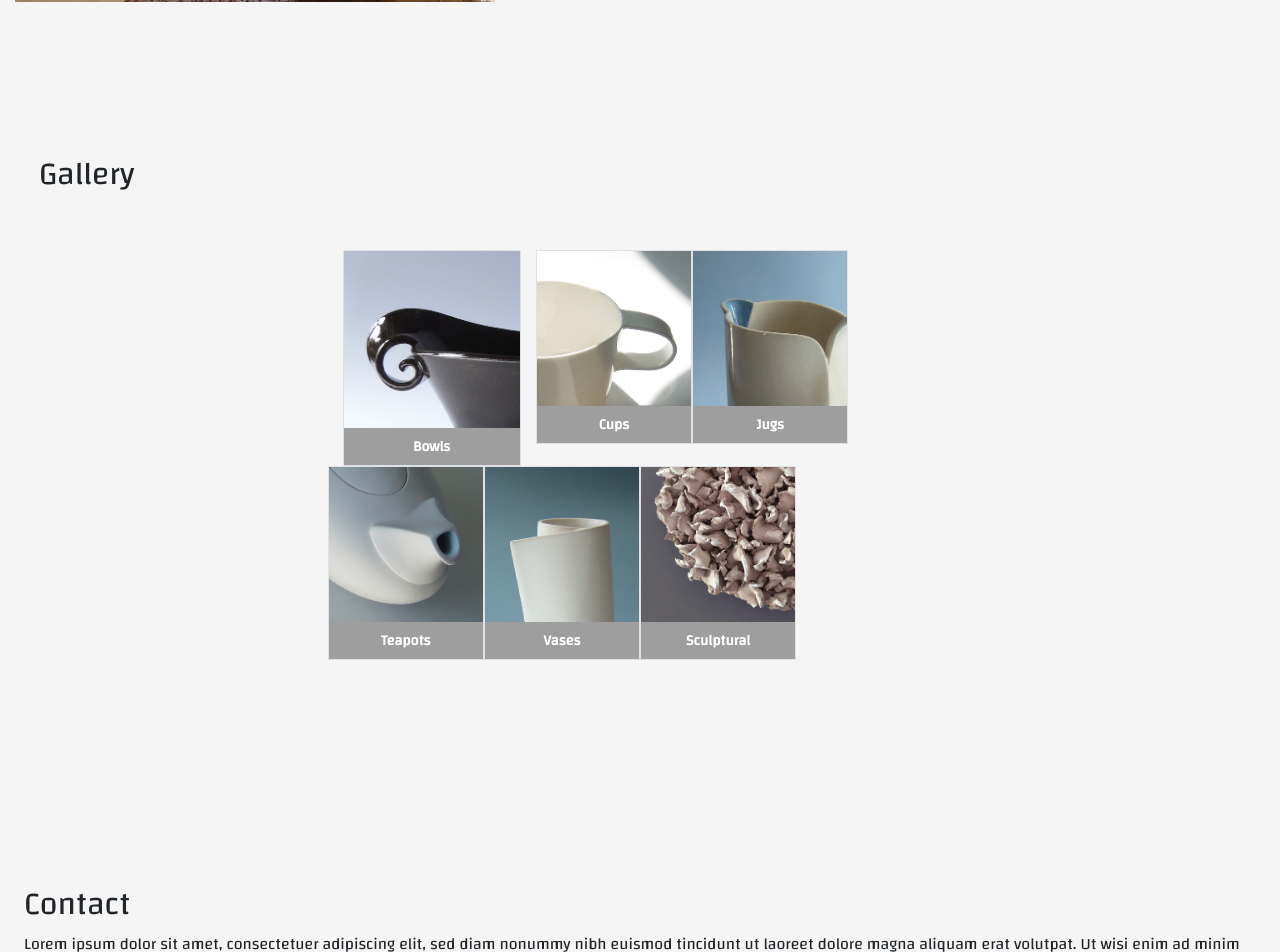
Repository: ManrOsca/ceramics
Page: MDB/index3.html
The author's editor kept a record of every edit. The page is drawn from the files as they stood at one moment, then again after the next edit.
The browser window is 1280 px wide. The pictures show the part of the page from y = 1834 to 2786 px (the page is 2977 px tall before and 3007 px after).
A picture or video elsewhere on the page could not be fetched, so the positions and the page height are approximate.

Above is the page before.

### MDB/index3.html
<!DOCTYPE html>
<html lang="en">

<head>
    <meta charset="utf-8">
    <meta name="viewport" content="width=device-width, initial-scale=1, shrink-to-fit=no">
    <meta http-equiv="x-ua-compatible" content="ie=edge">
    <title>
        <p class="changa text-uppercase">ITALO MANRIQUE - ceramics</p>
    </title>
    <!-- Font Awesome -->
    <link rel="stylesheet" href="https://maxcdn.bootstrapcdn.com/font-awesome/4.7.0/css/font-awesome.min.css">
    <!-- Bootstrap core CSS -->
    <link href="css/bootstrap.min.css" rel="stylesheet">
    <!-- Material Design Bootstrap -->
    <link href="css/mdb.min.css" rel="stylesheet">
    <!-- Your custom styles (optional) -->
    <link rel="stylesheet" href="css/animate.css" type="text/css" />
    <link href="https://fonts.googleapis.com/css?family=Changa" rel="stylesheet">
    <link href="css/style.css" rel="stylesheet">
</head>

<body class="grey lighten-4">
    <!--Main Navigation-->
    <header class="fixed-top">

        <h2 class="changa grey lighten-4 py-4 px-4 upper">Italo Manrique</h2>
        <nav class="navbar navbar-expand-lg navbar-light grey lighten-2">

            <button class="navbar-toggler" type="button" data-toggle="collapse" data-target="#navbarText" aria-controls="navbarText" aria-expanded="false" aria-label="Toggle navigation">
                <span class="navbar-toggler-icon"></span>
            </button>
            <div class="collapse navbar-collapse" id="navbarText">
                <ul class="navbar-nav mr-auto">
                    <li class="nav-item">
                        <a class="nav-link changa" href="index3.html#home">Home</a>
                    </li>
                    <li class="nav-item">
                        <a class="nav-link changa" href="index3.html#about">About</a>
                    </li>
                    <li class="nav-item">
                        <a class="nav-link changa" href="index3.html#gallery">Gallery</a>
                    </li>
                    <li class="nav-item">
                        <a class="nav-link changa" href="index3.html#contact">Contact</a>
                    </li>
                </ul>
            </div>
        </nav>
    </header>
    <!--Main Navigation-->

    <!--Main layout-->
    <main>
        <span class="anchor" id="home"></span>
        <home>
            <div class="landing-text">
                <img src="img/home.jpg" class="container-fluid"></img>
                <p class="px-4 pb-4">Lorem ipsum dolor sit amet, consectetur adipisicing elit.</p>
            </div>

        </home>
        <!--
        <section id="about">
            <about class="px-4">
                <h2 class="px-4">About</h2>
                <div class="row container-fluid">
                    <div class="col-sm-6">
                        <img src="img/about.jpeg"></img>
                    </div>
                    <div class="col-sm-6">
                        <br> <br><br><br><br>
                        <p class="changa">
                            Lorem ipsum dolor sit amet, consectetuer adipiscing elit, sed diam nonummy nibh euismod tincidunt ut laoreet dolore magna aliquam erat volutpat. Ut wisi enim ad minim veniam, quis nostrud exerci tation ullamcorper suscipit lobortis nisl ut aliquip ex
                            ea commodo consequat. Duis autem vel eum iriure dolor in hendrerit in vulputate velit esse molestie consequat, vel illum dolore eu feugiat nulla facilisis at vero eros et accumsan .
                        </p>
                    </div>
                </div>
            </about>
        </section>

-->
         <span class="anchor" id="about"></span>
        <section>
            <div class="container-fluid">
                <h2 class="px-4 py-4">About</h2>
                <div class="row">
                    <div class="col-sm-6">
                        <img src="img/about.jpeg"></img>
                    </div>
                    <div class="col-sm-6">
                        <br> <br><br><br><br>
                        <p class="changa">
                            Lorem ipsum dolor sit amet, consectetuer adipiscing elit, sed diam nonummy nibh euismod tincidunt ut laoreet dolore magna aliquam erat volutpat. Ut wisi enim ad minim veniam, quis nostrud exerci tation ullamcorper suscipit lobortis nisl ut aliquip ex
                            ea commodo consequat. Duis autem vel eum iriure dolor in hendrerit in vulputate velit esse molestie consequat, vel illum dolore eu feugiat nulla facilisis at vero eros et accumsan .
                        </p>
                    </div>
                </div>
            </div>
        </section>

         <span class="anchor" id="gallery"></span>
        <section>
            <div class="container-fluid animated zoomInRight">

                <h2 class="px-4 py-4">Gallery</h2><br>

                <div class="row mx-auto"  style="width: 50%;" >
                    <div class="col-xs-4 col-lg-4">
                        <a href="index3.html#gallery">
                            <div class="img-thumbnail">
                                <img src="img/gallery-menu-bowls.jpg" alt="bowls" class="img-fluid"></img>
                        </a>
                        <figcaption class="figure-caption grey text-center py-2 px-1">Bowls</figcaption>
                        </div>
                    </div>

                    <div class="col-sm-4 col-lg-3 px-0">
                        <a href="index3.html#gallery">
                            <div class="img-thumbnail">
                                <img src="img/gallery-menu-cups.jpg" alt="cups" class="img-fluid"></img>
                        </a>
                        <figcaption class="figure-caption grey text-center py-2 px-1">Cups</figcaption>
                        </div>
                    </div>

                    <div class="col-sm-4 col-lg-3 px-0">
                        <a href="gallery3.html#jugs">
                            <div class="img-thumbnail">
                                <img src="img/gallery-menu-jugs.jpg" alt="jugs" class="img-fluid"></img>
                        </a>
                        <figcaption class="figure-caption grey text-center py-2 px-1">Jugs</figcaption>
                        </div>
                    </div>

                    <div class="col-sm-4 col-lg-3 px-0">
                        <a href="gallery3.html#teapots">
                            <div class="img-thumbnail">
                                <img src="img/gallery-menu-teapots.jpg" alt="teapots" class="img-fluid"></img>
                        </a>
                        <figcaption class="figure-caption grey text-center py-2 px-1">Teapots</figcaption>
                        </div>
                    </div>

                    <div class="col-sm-4 col-lg-3 px-0">
                        <a href="index3.html#gallery">
                            <div class="img-thumbnail">
                                <img src="img/gallery-menu-vases.jpg" alt="vases" class="img-fluid"></img>
                        </a>
                        <figcaption class="figure-caption grey text-center py-2 px-1">Vases</figcaption>
                        </div>
                    </div>

                    <div class="col-sm-4 col-lg-3 px-0">
                        <a href="index3.html#gallery">
                            <div class="img-thumbnail">
                                <img src="img/gallery-menu-sculptural.jpg" alt="sculptural" class="img-fluid"></img>
                        </a>
                        <figcaption class="figure-caption grey text-center py-2 px-1">Sculptural</figcaption>
                        </div>
                    </div>
                </div>




            </div>
            <!-- container -->
        </section>

        <span class="anchor" id="contact"></span>
        <section>
            <contact class="container-fluid">
                <br><br><br><br>
                <h2 class="px-4">Contact</h2>
                <p class="px-4">
                    Lorem ipsum dolor sit amet, consectetuer adipiscing elit, sed diam nonummy nibh euismod tincidunt ut laoreet dolore magna aliquam erat volutpat. Ut wisi enim ad minim veniam, quis nostrud exerci tation ullamcorper suscipit lobortis nisl ut aliquip ex
                    ea commodo consequat. Duis autem vel eum iriure dolor in hendrerit in vulputate velit esse molestie consequat, vel illum dolore eu feugiat nulla facilisis at vero eros et accumsan et iusto odio dignissim qui blandit praesent luptatum
                    zzril delenit augue duis dolore te feugait nulla facilisi. Nam liber tempor cum soluta nobis eleifend option congue nihil imperdiet doming id quod mazim placerat facer possim assum. Typi non habent claritatem insitam; est usus legentis
                    in iis qui facit eorum claritatem. Investigationes demonstraverunt lectores legere me lius quod ii legunt saepius. Claritas est etiam processus dynamicus, qui sequitur mutationem consuetudium lectorum. Mirum est notare quam littera
                    gothica, quam nunc putamus parum claram, anteposuerit litterarum formas humanitatis per seacula quarta decima et quinta decima. Eodem modo typi, qui nunc nobis videntur parum clari, fiant sollemnes in futurum.
                </p>


            </contact>
        </section>
        </div>
        <!--Main container-->

    </main>
    <!--Main layout-->

    <!--Footer-->
    <footer>

    </footer>
    <!--Footer-->






    <!-- SCRIPTS -->
    <!-- JQuery -->
    <script type="text/javascript" src="js/jquery-3.2.1.min.js"></script>
    <!-- Bootstrap tooltips -->
    <script type="text/javascript" src="js/popper.min.js"></script>
    <!-- Bootstrap core JavaScript -->
    <script type="text/javascript" src="js/bootstrap.min.js"></script>
    <!-- MDB core JavaScript -->
    <script type="text/javascript" src="js/mdb.min.js"></script>
</body>

</html>

### MDB/css/style.css
/* Your custom styles */

.changa {
    font-family: 'Changa', sans-serif;
}
/*
.col-sm-4 {
padding: 2px;
}
    */
.grey-text {
  color: #9e9e9e !important;
}
html body {
  font-family: 'Changa', sans-serif;
}

.figure-caption {
  font-size: 90%;
  color: #fff;
/*  text-transform: uppercase; */
  font-weight: 600;
}
.img-thumbnail {
  border-radius: 0;
  padding: 0px !important;
  background-color: inherit;
}
.img-thumbnail img {
  max-height: 100%;
  max-width: 100%;
}

nav {
  margin-top: -0.50em;
}
.col-lg-2, .col-sm-4 {
  padding-left: 0px;
  padding-right: 0px;
}
/*
html,
body,
header,
#intro {
  height: 100%;
}

.home-bg {
   background: url("../img/home.jpg") no-repeat center center fixed;
    background-size: cover;
    -webkit-background-size: cover;
    -moz-background-size: cover;
    -o-background-size: cover;
}
.landing-text {
    text-align: center;
    position: absolute;
    top: 50%;
    left: 50%;
    transform: translate(-50%, -50%);
    color: grey;
}
   */

.push-down-10 {
  padding-top: 10rem;
}
.push-down-5{
  padding-top: 5rem;
}

.push-down-20 {
  padding-top: 20rem;
}
.img-thumbnail {
  max-width: none;
}

thumbnail {
  padding: 1rem;
}

div a img {
  width: 100%;
  display:block;
}
gallery {
  width:100%;
  display:flex;
  flex-flow: row wrap;
}


/* Remove Lightbox white frame */
.lightbox .lb-image {
  border: none;
}
.anchor{
   display:block;
   height:130px; /* this is the height of the header */
/*   margin-top:-142px; /* this is again negative value of the height of the header */
   visibility:hidden;
}
.upper {
    text-transform: uppercase;
}

.nav-link, .navbar {
    padding: 0;
}
/*
html,
body,
header,
#intro {
  height: 100%;
}
#intro{
  background: url("img/home.jpeg") no-repeat center center fixed;
  -webkit-background-size: cover;
  -moz-background-size: cover;
  -o-background-size: cover;
  background-size: cover;
}
@import url('https://fonts.googleapis.com/css?family=Yantramanav:100');
@import url('https://fonts.googleapis.com/css?family=Montserrat:400');
    */


/*--- Media Queries --
@media screen and (max-width: 900px) {

}
@media screen and (max-width: 768px) {

}
@media screen and (max-width: 480px) {

}
*/

Loaded but not shown: MDB/css/bootstrap.min.css (library); MDB/css/mdb.min.css (library); MDB/css/animate.css (library); MDB/js/jquery-3.2.1.min.js (library); MDB/js/popper.min.js (library); MDB/js/bootstrap.min.js (library); MDB/js/mdb.min.js (library)

After the next edit:
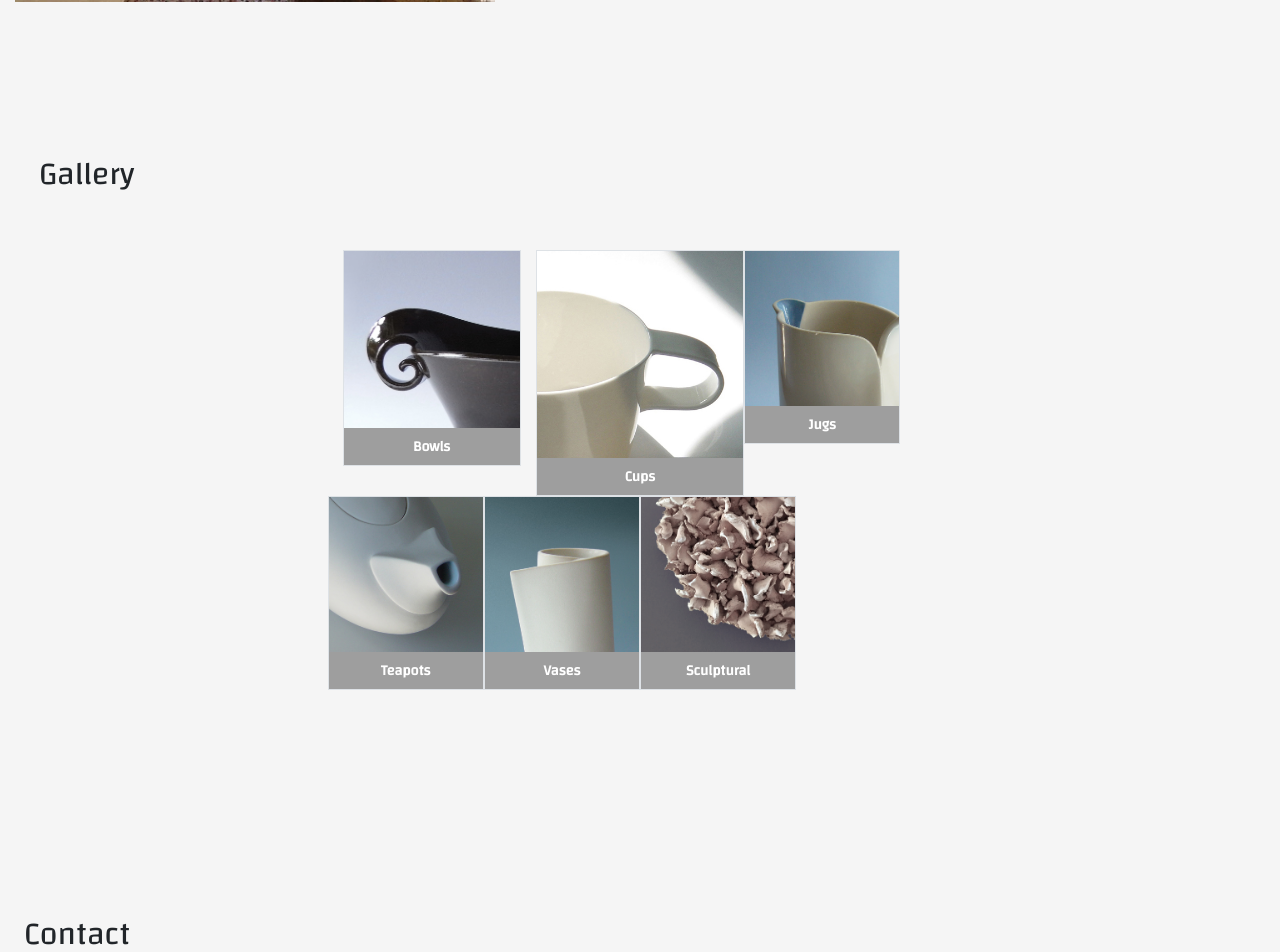
The edit:
--- a/MDB/index3.html
+++ b/MDB/index3.html
@@ -115,7 +115,7 @@
                         </div>
                     </div>
 
-                    <div class="col-sm-4 col-lg-3 px-0">
+                    <div class="col-xs-4 col-lg-4 px-0">
                         <a href="index3.html#gallery">
                             <div class="img-thumbnail">
                                 <img src="img/gallery-menu-cups.jpg" alt="cups" class="img-fluid"></img>
